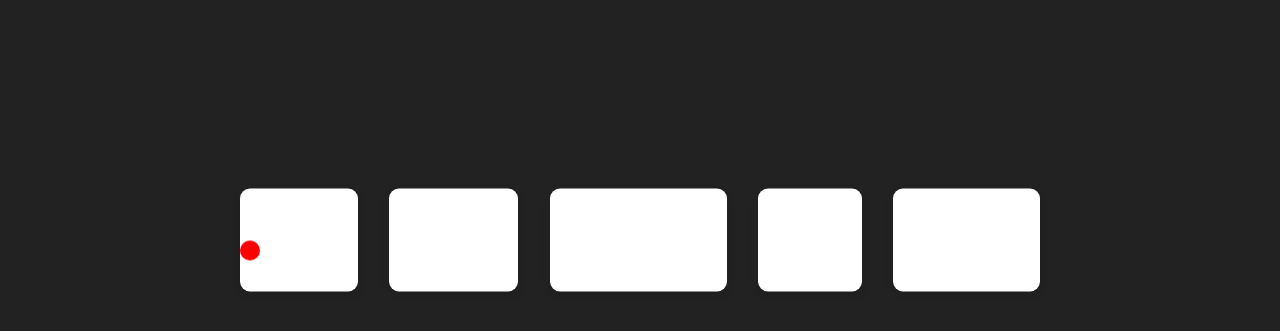
Repository: itsquadian/IT-SQUADIAN
Page: try.html
An editor plug-in stored every save of this project. The page is shown before and after a run of saves, followed by the edit.
The browser window is 1280 px wide. The pictures show the whole page.

Above is the page before, as saved 2024-04-13 20:13:33.

After the next 3 saves:
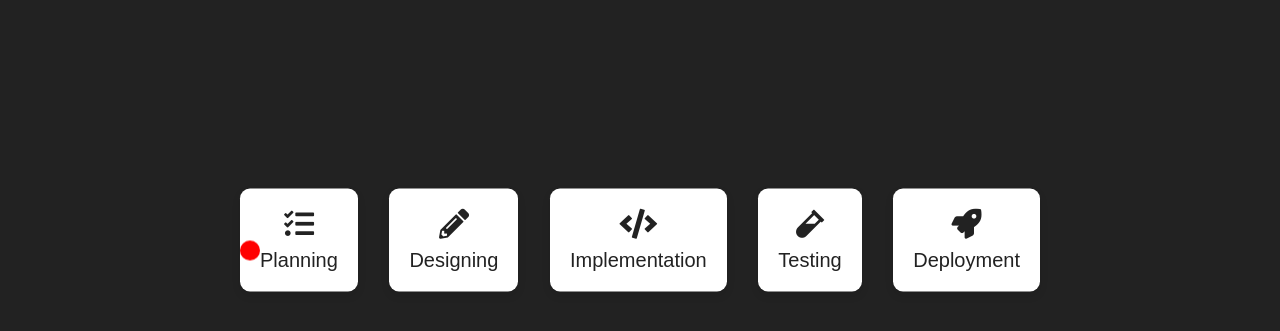
The 3 saves are shown as one change because they came seconds apart.
The last was saved 19 s later.
--- a/try.html
+++ b/try.html
@@ -56,6 +56,7 @@
         box-shadow: 0 4px 8px rgba(0, 0, 0, 0.1);
         position: relative;
         background-color: #fff; /* Set text color to white */
+        color:#222;
 
     }
 
